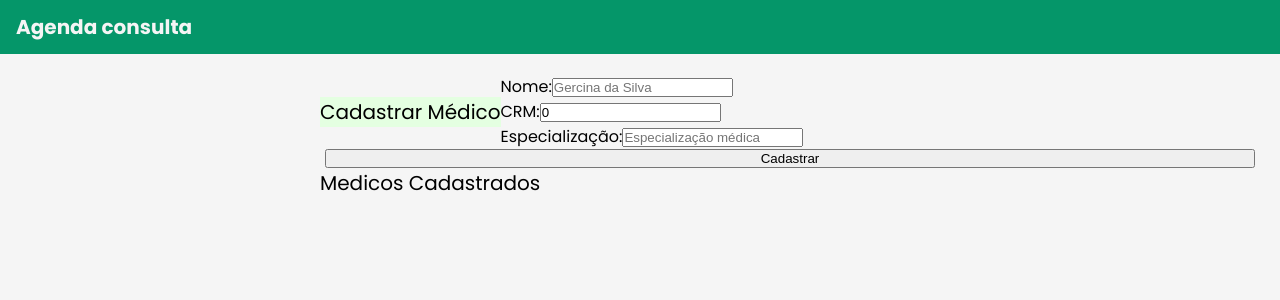
Repository: BarbaraCD/agendaconsulta
Page: /
The author's editor kept a copy of each file at every save. The page is drawn from the files as they stood at one save, then again after the next save.
The browser window is 1280 px wide. The pictures show the whole page.
The page's requests for data from a server got no answer. The project was rebuilt for these pictures with package versions that can differ from the ones it lists, and the page was loaded fresh each time. No one was signed in, and anything a server would have sent is missing. Also part of the build but not shown: vite.config.ts.

Above is the page before, as saved 2023-07-26 17:23:50.

After the next save:
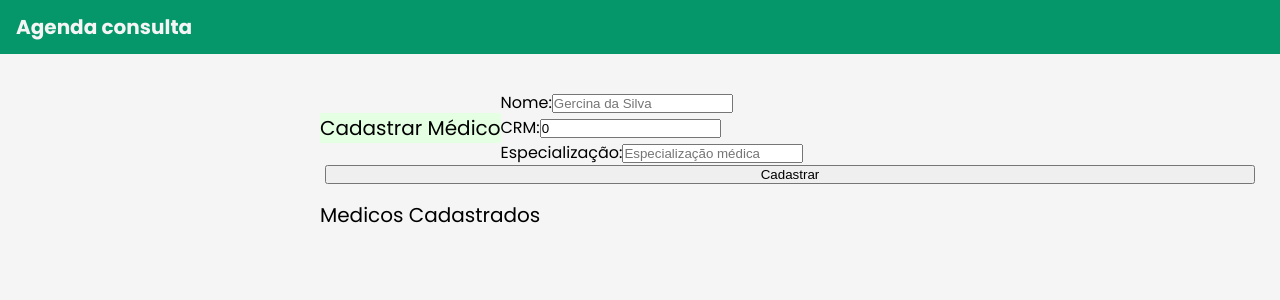
Saved 40 s later.
--- a/src/components/CreateDoctor.tsx
+++ b/src/components/CreateDoctor.tsx
@@ -10,6 +10,10 @@ const DocContainer = styled.div`
   flex-direction: column;
   margin-left: 300px;
   padding: 20px;
+
+  >div{
+    margin-top: 16px;
+  }
 `
 
 export function CreateDoctor(){

After the 2 saves that followed:
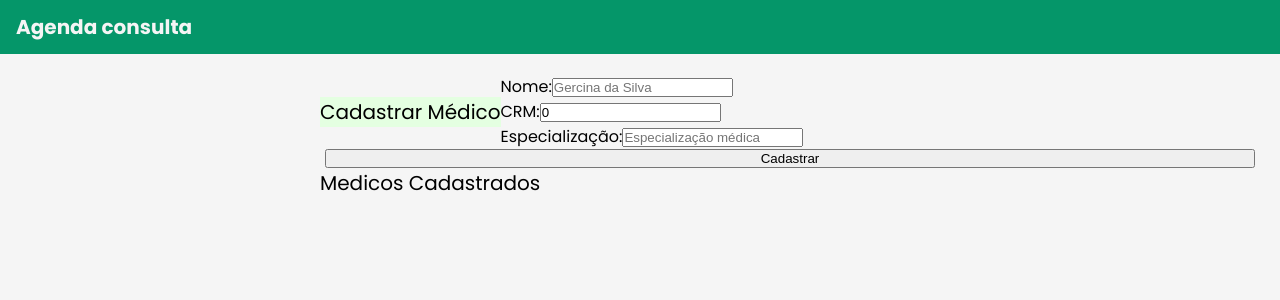
The 2 saves are shown as one change because they came seconds apart.
The last was saved 24 s later.
--- a/src/components/CreateDoctor.tsx
+++ b/src/components/CreateDoctor.tsx
@@ -11,8 +11,8 @@ const DocContainer = styled.div`
   margin-left: 300px;
   padding: 20px;
 
-  >div{
-    margin-top: 16px;
+  > div{
+    padding: ;
   }
 `
 
